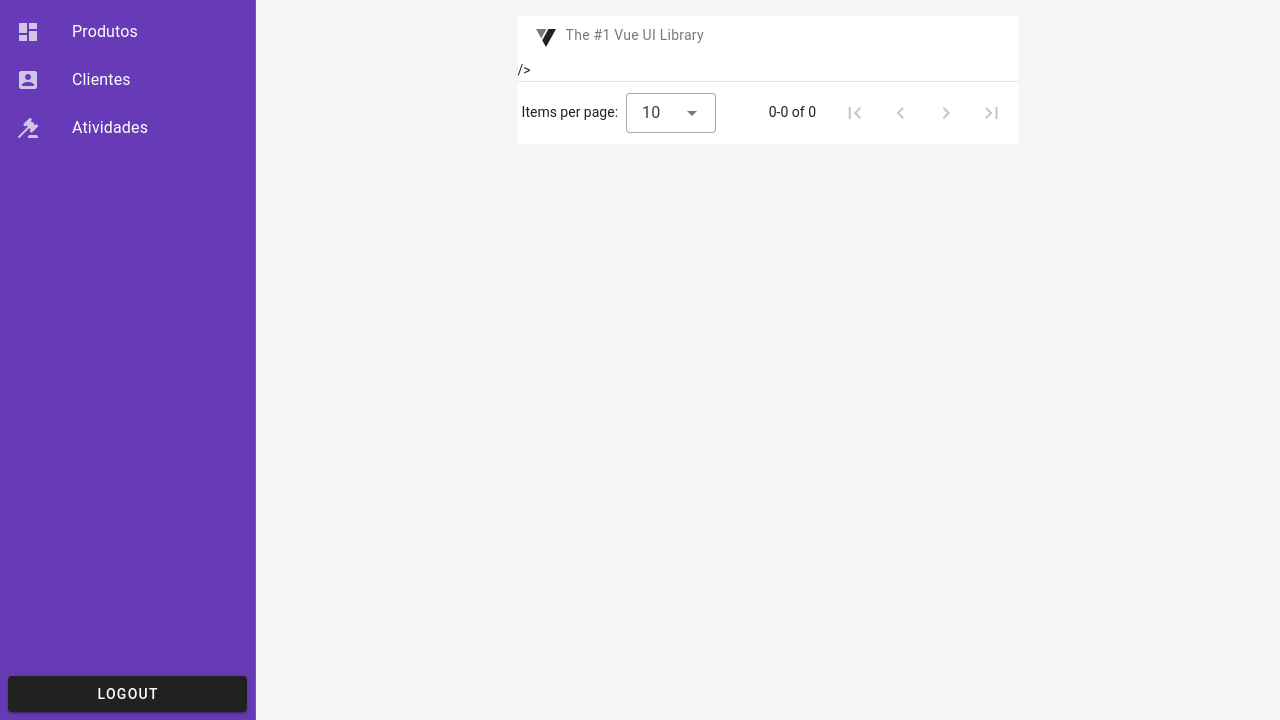
Repository: NtiSilva/Front_AG
Page: /products
These files come from the project's save history. The page is drawn as it stood at one moment and after the next save; the edit follows.
The browser window is 1280 px wide. The pictures show the whole page.
The page's requests for data from a server got no answer. The project was rebuilt for these pictures with package versions that can differ from the ones it lists, and the page was loaded fresh each time. No one was signed in, and anything a server would have sent is missing. Also part of the build but not shown: vite.config.mjs, src/components/Alert.vue, src/components/Atividades/FormActivities.vue, src/components/Atividades/index.vue, src/components/Clientes/FormClient.vue, src/components/Dialog.vue, src/components/DialogRemove.vue, src/components/Clientes/ListClients.vue and 9 more.

Above is the page before, as saved 2024-06-19 22:04:07.

After the next save:
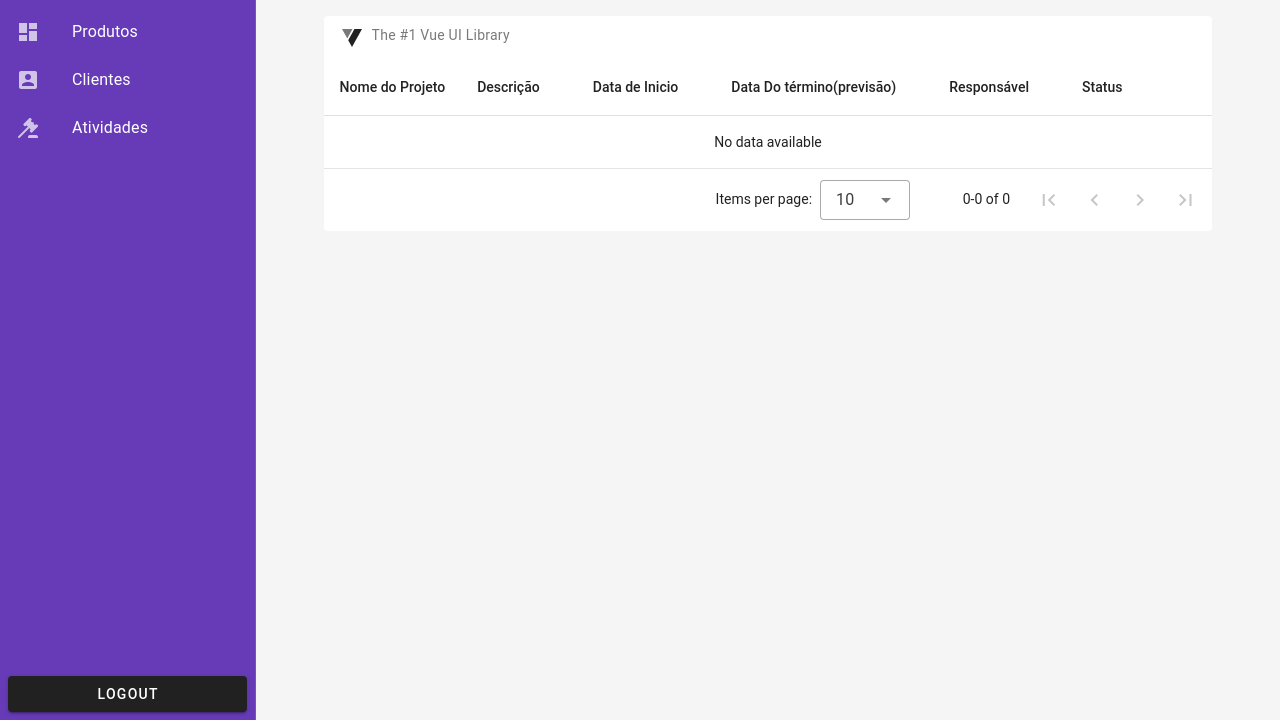
Saved 17 s later.
--- a/src/pages/Products.vue
+++ b/src/pages/Products.vue
@@ -41,23 +41,16 @@
         />
       </div>
     </template>
-    <RemoveModal
-      v-if="showRemoveModal"
-      @confirm="confirmDelete"
-      @cancel="cancelDelete"
-    />/>
   </v-data-table>
   </v-card>
   </v-container>
 </template>
 
 <script>
-import removeModal from '@/components/removeModal.vue';
 import { ref, onMounted, computed } from 'vue';
 import { useStore } from 'vuex';
 
 export default {
-  components: { removeModal },
   name: "DashProducts",
   setup() {
     const store = useStore();
@@ -85,8 +78,8 @@ export default {
 
     const deleteItem = (item) =>{
       // Abrir modal de confirmação e so depois excluir
-      showRemoveModal = true
       store.dispatch('productsModule/removeProduct', item.projectId);
+
     }
 
     // Ações do Vuex
